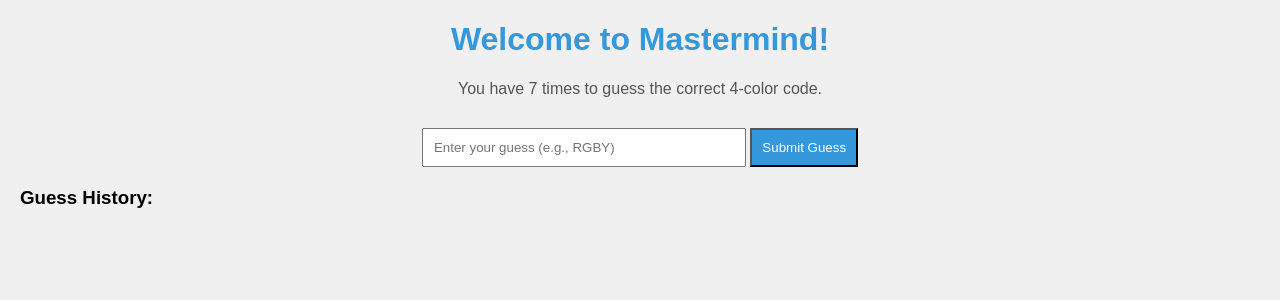
Repository: cheasopheaknita/Mastermind_Game
Page: http://localhost/
The author's editor kept a copy of each file at every save. The page is drawn from the files as they stood at one save, then again after the next save.
The browser window is 1280 px wide. The pictures show the whole page.
The page is served by the project's application, run on Flask 3 (mastermind_project/app.py).

Above is the page before, as saved 2024-02-06 01:53:02.

After the next save:
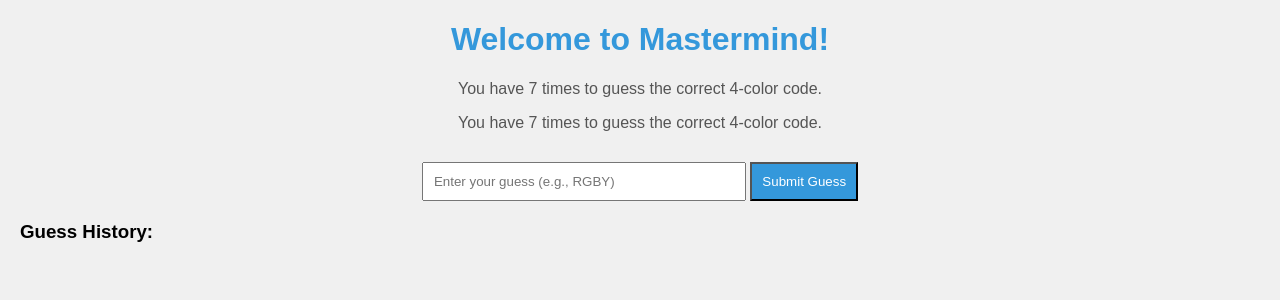
Saved 16 s later.
--- a/mastermind_project/templates/mastermind_game.html
+++ b/mastermind_project/templates/mastermind_game.html
@@ -71,7 +71,7 @@
 <body>
     <h1>Welcome to Mastermind!</h1>
     <p>You have 7 times to guess the correct 4-color code.</p>
-
+    <p>You have 7 times to guess the correct 4-color code.</p>
     <div id="result"></div>
 
     <input type="text" id="userGuess" placeholder="Enter your guess (e.g., RGBY)" size="30">

After the save that followed:
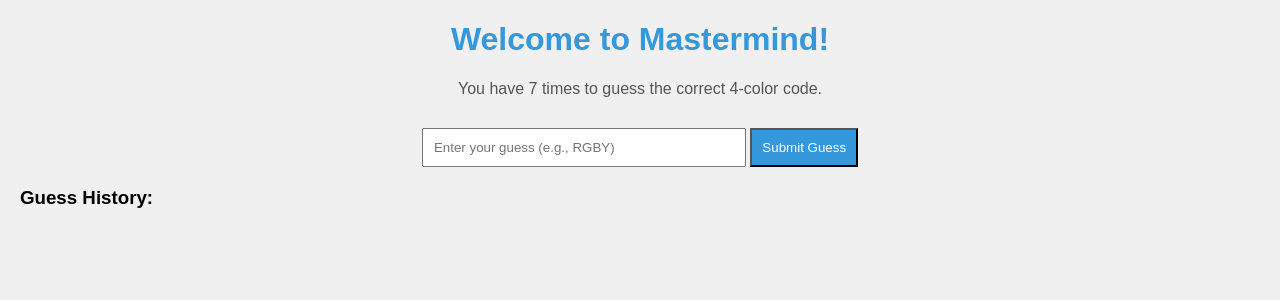
Saved 4 s later.
--- a/mastermind_project/templates/mastermind_game.html
+++ b/mastermind_project/templates/mastermind_game.html
@@ -71,7 +71,7 @@
 <body>
     <h1>Welcome to Mastermind!</h1>
     <p>You have 7 times to guess the correct 4-color code.</p>
-    <p>You have 7 times to guess the correct 4-color code.</p>
+    <p></p>
     <div id="result"></div>
 
     <input type="text" id="userGuess" placeholder="Enter your guess (e.g., RGBY)" size="30">
